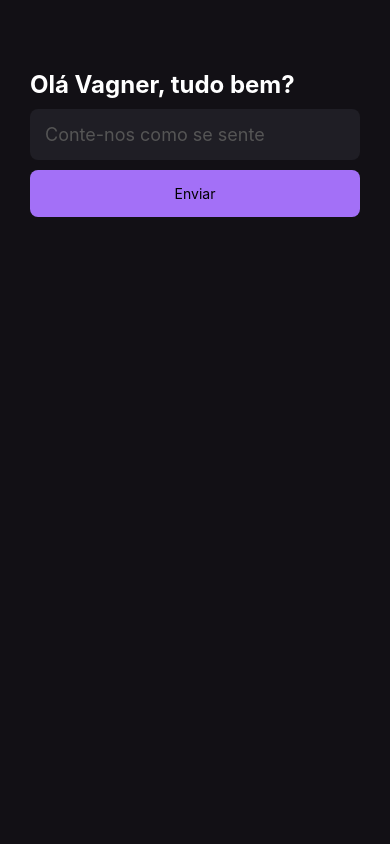
Repository: vagnereix/01-myskills-trilha-react-native
Screen: /
The author's editor kept a copy of each file at every save. The screen is drawn from the files as they stood at one save, then again after the next save.
The app was drawn by React Native's web renderer in a window 390 px wide. The project was rebuilt for these pictures with package versions that can differ from the ones it lists, and the page was loaded fresh each time.

Above is the screen before, as saved 2021-06-17 17:32:34.

### App.tsx
import React from 'react';

import { Home } from './pages/home';

export default function App() {
  return (
    <Home />
  );
};

### pages/home.tsx
import React from 'react';
import {
    View,
    Text,
    StyleSheet,
    TextInput,
    Platform,
    TouchableOpacity
} from 'react-native';

export function Home() {
    return (
      <View style={styles.container}>
        <Text style={styles.title}>Olá Vagner, tudo bem?</Text>

        <TextInput
            style={styles.input}
            placeholder="Conte-nos como se sente"
            placeholderTextColor="#555"
        />

        <TouchableOpacity style={styles.touch}>
            <Text style={styles.touchText}>Enviar</Text>
        </TouchableOpacity>
      </View>
    );
}

const styles = StyleSheet.create({
  container: {
    flex: 1,
    paddingHorizontal: 30,
    paddingVertical: 70,
    backgroundColor: '#121015',
  },
  title: {
    color: '#fff',
    fontWeight: 'bold',
    fontSize: 24,
    marginBottom: 10,
  },
  input: {
    borderRadius: 8,
    backgroundColor: '#1f1e25',
    fontSize: 18,
    padding: Platform.OS == 'android' ? 10 : 15,
  },
  touch: {
    backgroundColor: '#a370f7',
    marginTop: 10,
    padding: 15,
    borderRadius: 8,
    alignItems: 'center'
  }
});

After the next save:
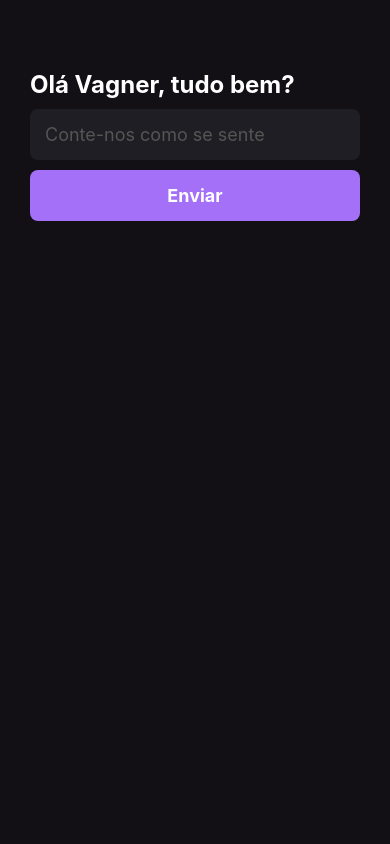
Saved 55 s later.
--- a/pages/home.tsx
+++ b/pages/home.tsx
@@ -50,6 +50,11 @@ const styles = StyleSheet.create({
     marginTop: 10,
     padding: 15,
     borderRadius: 8,
-    alignItems: 'center'
+    alignItems: 'center',
+  },
+  touchText: {
+      fontWeight: 'bold',
+      fontSize: 18,
+      color: '#fff'
   }
 });
